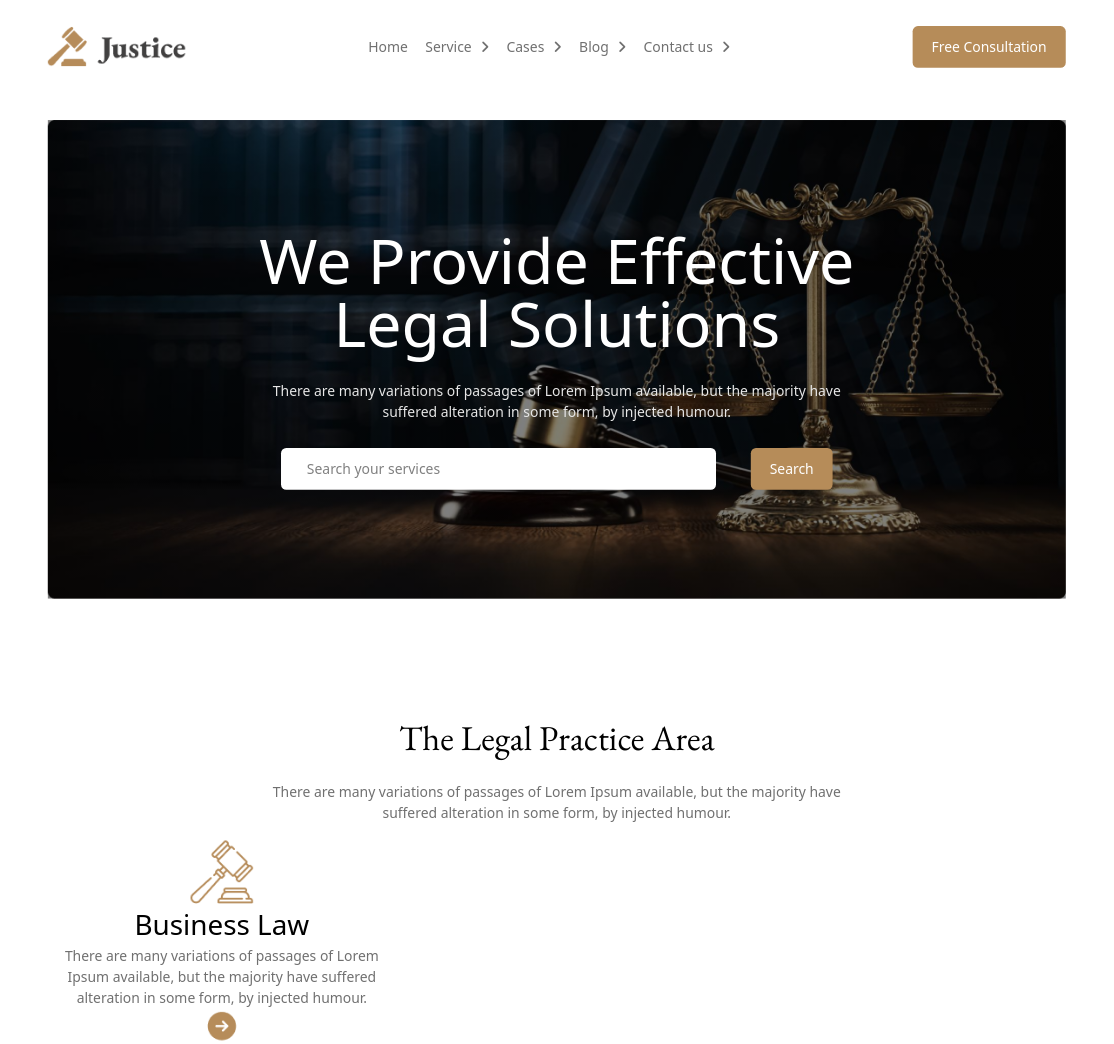
Repository: nahid-hasann/website-6
Page: index.html
An editor plug-in stored every save of this project. The page is shown before and after the next save, followed by the edit.
The browser window is 1280 px wide. The pictures show the whole page, at 87% of full size.

Above is the page before, as saved 2025-07-20 23:47:35.

After the next save:
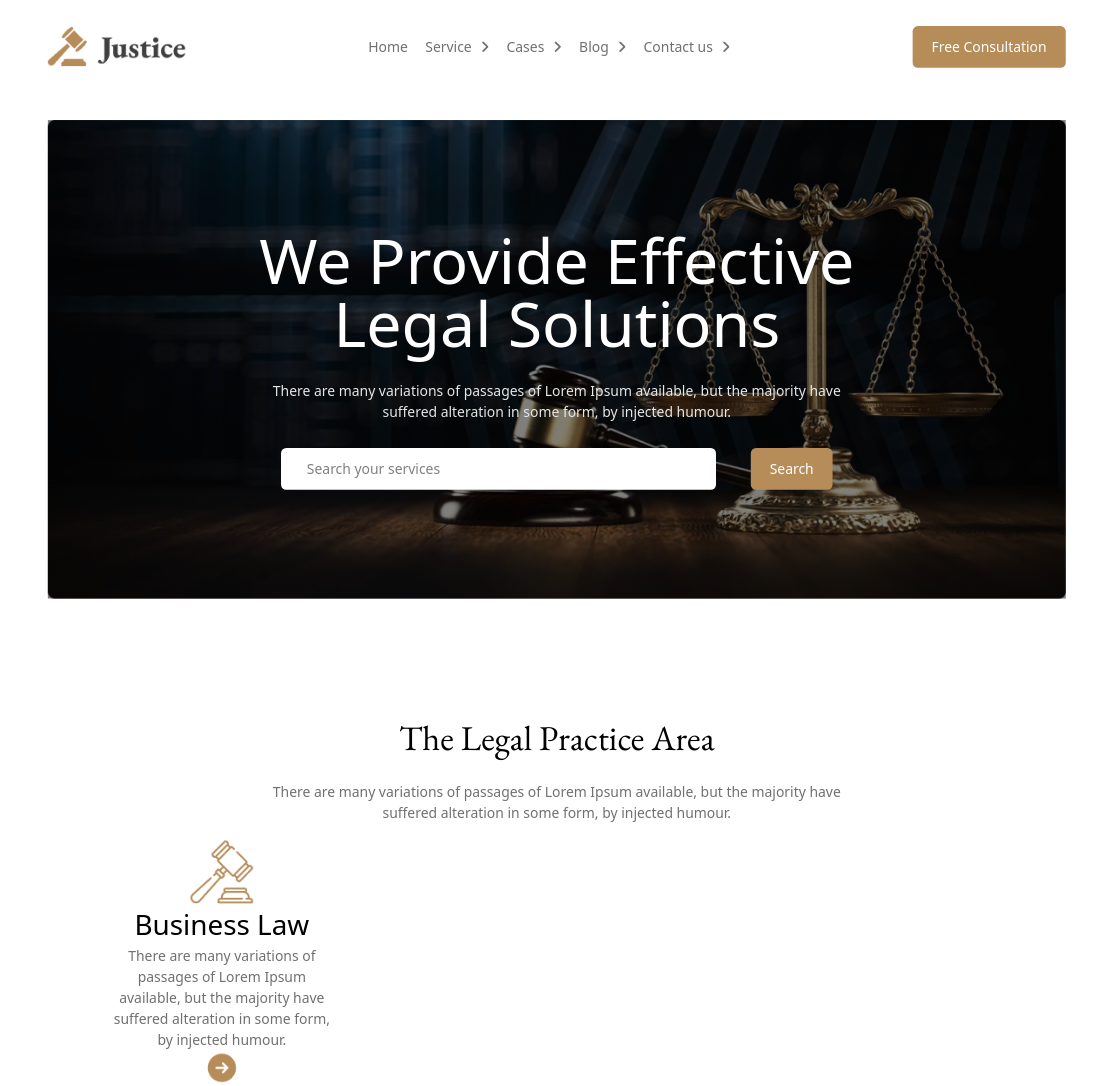
Saved 4 s later.
--- a/index.html
+++ b/index.html
@@ -57,7 +57,7 @@
             <div class="card w-[400px] flex flex-col items-center justify-center text-center">
                   <img src="images/business.png" alt="">
                   <h1 class="text-[32px]">Business Law</h1>
-                  <p class="text-[#707070] w-[]">There are many variations of passages of Lorem Ipsum available, but the majority have suffered alteration in some form, by injected humour.</p>
+                  <p class="text-[#707070] w-[258px]">There are many variations of passages of Lorem Ipsum available, but the majority have suffered alteration in some form, by injected humour.</p>
                   <img src="images/Frame.png" alt="">
             </div>
         </div>
